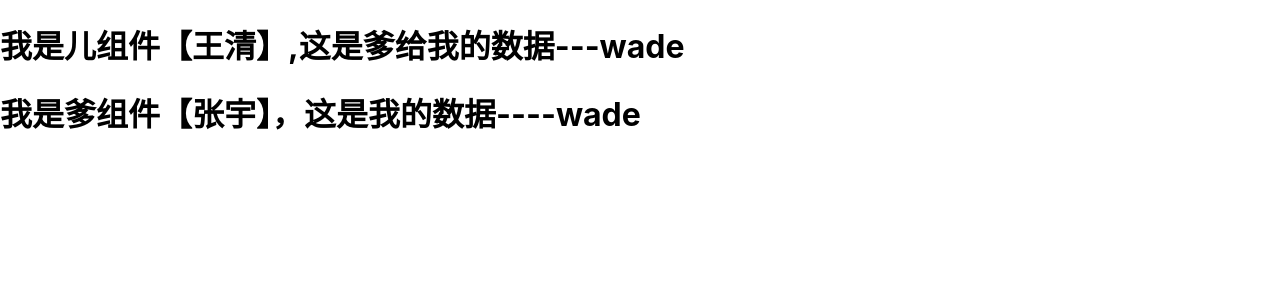
Repository: ZhangCoder0812/zf-react-project
Page: /
These files come from the project's save history. The page is drawn as it stood at one moment and after the next save; the edit follows.
The browser window is 1280 px wide. The pictures show the whole page.
The project was rebuilt for these pictures with package versions that can differ from the ones it lists, and the page was loaded fresh each time.

Above is the page before, as saved 2021-05-17 10:58:54.

After the next save:
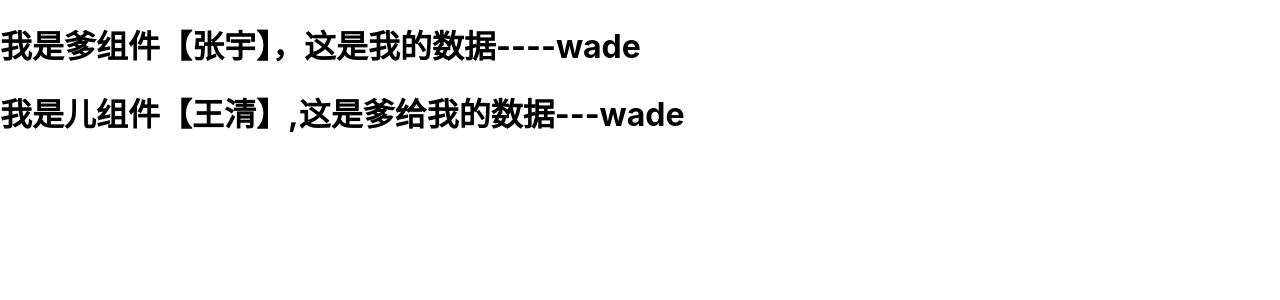
Saved 15 s later.
--- a/src/App.js
+++ b/src/App.js
@@ -9,8 +9,8 @@ class App extends React.Component {
         let { name } = this.state;
         return (
             <div>
+                <h1>我是爹组件【张宇】，这是我的数据----{name}</h1>
                 <Child data={name} />
-                <h1>我是爹组件【张宇】，这是我的数据----{name}</h1>
             </div>
         );
     }
